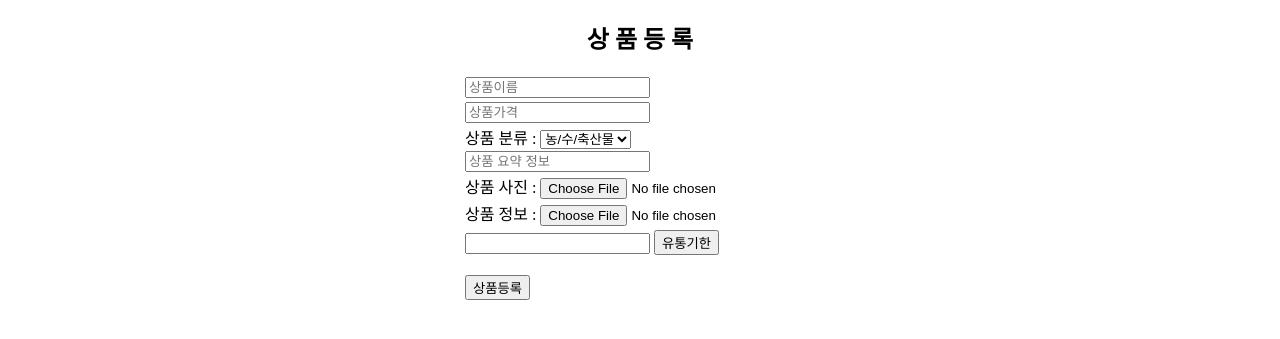
Repository: fellownew/project_workspace
Page: http://localhost/shoppingmall/WEB-INF/view/body/product/product_join_form.jsp
These files come from the project's save history. The page is drawn as it stood at one moment and after the next save; the edit follows.
The browser window is 1280 px wide. The pictures show the whole page.
The page is served by Tomcat 9. Nobody is signed in. Other server files are loaded and not shown. The template is opened directly, without the code that normally fills it, so the values that code supplies are empty.

Above is the page before, as saved 2015-06-15 01:22:52.

### shoppingmall/WebContent/WEB-INF/view/body/product/product_join_form.jsp
<%@ page contentType="text/html;charset=UTF-8"%>
<!DOCTYPE html>
<script type="text/javascript" src="<%=request.getContextPath() %>/script/jquery.js"></script>
<script type="text/javascript" src="<%=request.getContextPath() %>/script/date_picker.js"></script>
<script type="text/javascript">
var flag=true;
	$(document).ready(function(){
		$("#registerBtn").on("click",function(){
			if($("#productId").val()==''  ||
					$("#productPrice").val()==''  ||
					$("#productInfo").val()==''  ||
					$("#upfile").val()==''  ||
					$("#infoUpfile").val()==''  ||
					$("#expDate").val()=='' ){
					alert("입력정보를 확인하세요");
					return false;
				}
			if(!flag){
				alert("이미지 파일을 확인해주세요");
				return false;
			}
		});

		$("#upfile").on("change",function(){
			var path = $(this).val() ;
			var leng = path.length;
			var txt = path.substr(leng-3,3).toLowerCase() ;
			flag = true;
			if(txt != "jpg" && txt != "peg" && txt != "png" && txt != "gif" && txt != "bmp"){
				alert("jpg, jpeg, png, gif 파일만 등록 가능합니다.");
				flag = false;
			}
		});

		$("#infoUpfile").on("change",function(){
			var path = $(this).val();
			var leng = path.length;
			var txt = path.substr(leng-3,3).toLoserCase();
			flag = true;
			if((txt != "jpg") && (txt != "peg") && (txt != "png") && (txt != "gif") && (txt != "bmp")){
				alert("jpg, jpeg, png, gif 파일만 등록 가능합니다.");
				flag = false;
			}
		});
	});
</script>
<style>
#join_form{
	width:350px;
	margin:0 auto;
	text-align: left;
}
#join_form input{
	margin-top: 2px;
	margin-bottom: 2px;
}

#join_form input[type="text"], #join_form input[type="number"]{
	width: 220;
}

</style>
<div style="width: 700px;margin:0 auto">
<h2 style="text-align: center"> 상 품 등 록 </h2>
	<div id="join_form">
		<form action="insertProduct.do" method="POST" enctype="multipart/form-data">
			<input type="text" id="productName" name="productName" placeholder="상품이름" maxlength="50" required="required"/><br>
			<input type="number" id="productPrice" name="productPrice" placeholder="상품가격" required="required"/><br>
			상품 분류 :
			<select name="category" id="category">
				<option value="food" selected="selected">농/수/축산물</option>
				<option value="fruit">과일/채소</option>
				<option value="health">건강식품</option>
				<option value="snack">간식</option>
			</select><br>
			<input type="text" id="productInfo" name="productInfo" placeholder="상품 요약 정보" required="required"><br>
			상품 사진 : <input type="file" id="upfile" name="upfile"/><br>
			상품 정보 : <input type="file" id="infoUpfile" name="infoUpfile"/><br>
			<input type="text" id="expDate" name="expDate" readonly="readonly" required="required">
			<input type="button" value="유통기한" onClick="datePicker(event,'expDate')"><br>
			<input type="hidden" name="SellerId" value="${sessionScope.loginInfo.sellerId }"/><p>
			<input type="submit" id="registerBtn" value="상품등록">
		</form>
	</div>
</div>

### shoppingmall/WebContent/script/date_picker.js
// Calendar Script
// Licence : GPL (http://www.gnu.org/licenses/licenses.html#GPL)
// Update & Download  : http://www.ziwoo.net/zb/view.php?boardid=zb_ziwoo_javascript&uid=129
// This page was last modified on 2011.12.15 (Since 2010.04.11)

//ex1 : datePicker(event, 'targetFieldName');
//ex2 : datePicker(event, 'targetFieldName', 2);
//세번째 인자는 날짜를 입력할 타겟의 필드명이 복수인 경우를 위한 배열키.(기본값:0)

function datePicker(e, elm) {
	currentElement = (arguments[2])?document.getElementsByName(elm)[arguments[2]]:document.getElementsByName(elm)[0];
	var event = e || window.event;

	if(document.getElementById('currentDiv')) {
		document.getElementById("currentDiv").parentNode.removeChild(document.getElementById("currentDiv"));
	}

	if(arguments[0]){
		var eventX = event.clientX;
		var eventY = event.clientY;
		if(eventX>document.body.offsetWidth-182-40) eventX = document.body.offsetWidth-182-40;
		if(eventY>document.body.offsetHeight-158-40) eventY = document.body.offsetHeight-158-40;
		var calDivObj = document.createElement("div");
		calDivObj.setAttribute("id","currentDiv");
		calDivObj.style.width = '182px';
		calDivObj.style.height = '158px';
		calDivObj.style.border = "1px solid #D0D0D0";
		calDivObj.style.position = "absolute";
		calDivObj.style.top = eventY+document.body.scrollTop+10+'px';
		calDivObj.style.left = eventX+10+'px';
		calDivObj.style.zIndex = 100000;
		document.body.appendChild(calDivObj);
		fBuildHtml();
	}
}

function fBuildHtml() {
	var currentDate = new Date();
	var igYear = currentDate.getFullYear();
	var igMonth = currentDate.getMonth() + 1;
	var gMonths = new Array("1","2","3","4","5","6","7","8","9","10","11","12");
	var calHtml = "<table border='0' bgcolor='#C0C0C0'>";
	calHtml += "<tr style='font-size:9pt'>";
	calHtml += "<td valign='middle' align='center'>";
	calHtml += "<input type='button' name='PrevMonth' value='<' style='height:20px; width:20px; font:9pt Fixedsys;' onClick='fPrevMonth()'>";
	calHtml += " <select name='tbSelYear' style='font-size:9pt' onChange='fUpdateCal(tbSelYear.value, tbSelMonth.value)'>";
	for(i=1970;i<2030;i++) calHtml += "<OPTION value='"+i+"'>"+i+"</OPTION>";
	calHtml += "</select>";
	calHtml += " <select name='tbSelMonth' style='font-size:9pt' onChange='fUpdateCal(tbSelYear.value, tbSelMonth.value)'>";
	for (i=0; i<12; i++) calHtml += "<option value='"+(i+1)+"'>"+gMonths[i]+"</option>";
	calHtml += "</select>";
	calHtml += " <input type='button' name='PrevMonth' value='>' style='height:20px; width:20px; font:9pt Fixedsys;' onclick='fNextMonth()'>";
	calHtml += "</td>";
	calHtml += "</tr><tr>";
	calHtml += "<td align='center'>";
	calHtml += "<DIV><table width='100%' border='0' cellspacing='1' cellpadding='2'>";
	calHtml += fDrawCal(igYear,igMonth);
	calHtml += "</table></DIV>";
	calHtml += "</td>";
	calHtml += "</tr>";
	calHtml += "</td></tr>";
	calHtml += "</table>";

	document.getElementById('currentDiv').innerHTML = calHtml;
	fSetYearMon(igYear,igMonth);
}

function fDrawCal(iYear, iMonth) {
	var WeekDay = new Array("Sun","Mon","Tue","Wed","Thu","Fri","Sat");
	var calHtml = "<tr>";
	for(i=0; i<7; i++) calHtml += "<td bgcolor='White' width='20' valign='middle' align='center' style='font:bold 10px Tahoma; color:#C0C0C0;'>" + WeekDay[i] + "</td>";
	calHtml += "</tr>";
	var i = 0;
	for (w = 1; w < 7; w++) {
		calHtml += "<tr>";
		for (d = 0; d < 7; d++) {
			if(w==6 && d==6){
				calHtml += "<td bgcolor='#C0C0C0' width='20' valign='middle' align='center' style='padding:1px 0 0 3px; cursor:pointer;' onClick='datePicker()'>";
				calHtml += "<font color='White' face='Tahoma'>X</font>";
				calHtml += "</td>";
			}else{
				calHtml += "<td bgcolor='White' width='20' valign='middle' align='center' style='font:bold 10px Tahoma; cursor:pointer;' onMouseOver=\"this.bgColor='Pink'\" onMouseOut=\"this.bgColor='White'\" onClick='fSetSelected(this)'>";
				calHtml += "<font id='cellText_"+i+"'></font>";
				calHtml += "</td>";
			}
			i++;
		}
		calHtml += "</tr>";
	}
	return calHtml;
}

function fSetYearMon(iYear, iMon){
	var tbSelYear = document.getElementsByName('tbSelYear')[0];
	var tbSelMonth = document.getElementsByName('tbSelMonth')[0];
	tbSelMonth.options[iMon-1].selected = true;
	for (i = 0; i < tbSelYear.length; i++) if (tbSelYear.options[i].value == iYear) tbSelYear.options[i].selected = true;
	fUpdateCal(iYear, iMon);
}

function fPrevMonth(){
	var iMon = document.getElementsByName('tbSelMonth')[0].value;
	var iYear = document.getElementsByName('tbSelYear')[0].value;
	if (--iMon<1) {
		iMon = 12;
		iYear--;
	}
	fSetYearMon(iYear, iMon);
}

function fNextMonth(){
	var iMon = document.getElementsByName('tbSelMonth')[0].value;
	var iYear = document.getElementsByName('tbSelYear')[0].value;
	if (++iMon>12) {
		iMon = 1;
		iYear++;
	}
	fSetYearMon(iYear, iMon);
}

function fUpdateCal(iYear, iMonth) {
	myMonth = fBuildCal(iYear, iMonth);
	var currentDate = new Date();
	var igYear = currentDate.getFullYear();
	var igMonth = currentDate.getMonth() + 1;
	var igDate = currentDate.getDate();
	var i = 0;
	for (w = 0; w < 6; w++) for (d = 0; d < 7; d++) if(w!=5 || d!=6) {
		with (document.getElementById('cellText_'+parseInt((7*w)+d))) {
			if (myMonth[w+1][d]<0) {
				color = "#808080";
				innerHTML = -myMonth[w+1][d];
			}else{
				if(d==0) color = "red";
				else if(d==6) color = "blue";
				else color = "black";
				innerHTML = myMonth[w+1][d];
				if(iYear==igYear && iMonth==igMonth && innerHTML==igDate){
					parentNode.style.backgroundColor='#D8FF00';
				}else{
					parentNode.style.backgroundColor='';
				}
			}
		}
	}
}

function fBuildCal(iYear, iMonth) {
	var aMonth=new Array();
	for(i=1;i<7;i++) aMonth[i]=new Array(i);
	var dCalDate=new Date(iYear, iMonth-1, 1);
	var iDayOfFirst=dCalDate.getDay();
	var iDaysInMonth=new Date(iYear, iMonth, 0).getDate();
	var iOffsetLast=new Date(iYear, iMonth-1, 0).getDate()-iDayOfFirst+1;
	var iDate = 1;
	var iNext = 1;
	for (d = 0; d < 7; d++) aMonth[1][d] = (d<iDayOfFirst)?-(iOffsetLast+d):iDate++;
	for (w = 2; w < 7; w++) for (d = 0; d < 7; d++) if(w!=6 || d!=6) aMonth[w][d] = (iDate<=iDaysInMonth)?iDate++:-(iNext++);
	return aMonth;
}

function fSetSelected(aCell){
	var tbSelYear = document.getElementsByName('tbSelYear')[0];
	var tbSelMonth = document.getElementsByName('tbSelMonth')[0];
	var iOffset = 0;
	var iYear = parseInt(tbSelYear.value);
	var iMonth = parseInt(tbSelMonth.value);
	with (aCell.firstChild){
		var iDay = parseInt(innerHTML);
		if(aCell.parentNode.rowIndex<2 && iDay>15) iMonth--;
		if(aCell.parentNode.rowIndex>4 && iDay<15) iMonth++;
		if (iMonth<1) {
			iYear--;
			iMonth = 12;
		}else if (iMonth>12){
			iYear++;
			iMonth = 1;
		}
	}
	currentElement.value = iYear+"-"+(parseInt(iMonth+100).toString().substring(1,3))+"-"+(parseInt(iDay+100)).toString().substring(1,3);
	document.getElementById("currentDiv").parentNode.removeChild(document.getElementById("currentDiv"));
}

Loaded but not shown: shoppingmall/WebContent/script/jquery.js (library)

After the next save:
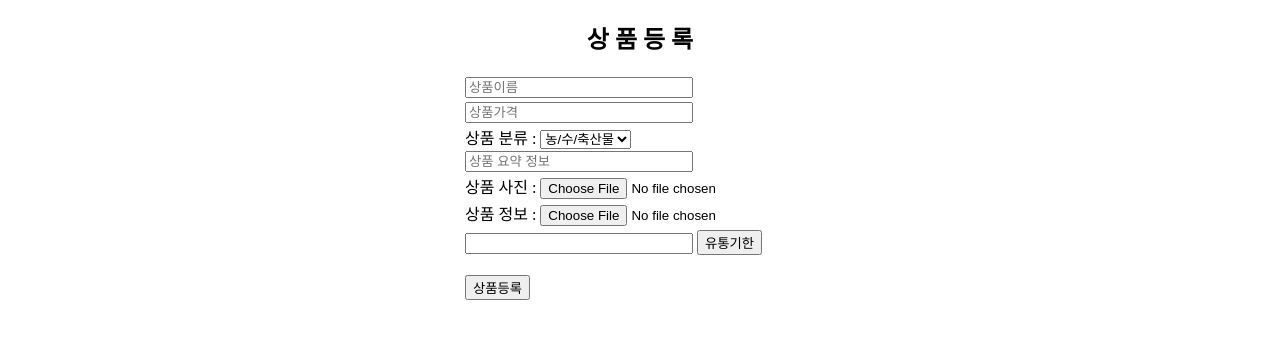
Saved 24 s later.
--- a/shoppingmall/WebContent/WEB-INF/view/body/product/product_join_form.jsp
+++ b/shoppingmall/WebContent/WEB-INF/view/body/product/product_join_form.jsp
@@ -56,7 +56,7 @@ var flag=true;
 }
 
 #join_form input[type="text"], #join_form input[type="number"]{
-	width: 220;
+	width: 220px;
 }
 
 </style>
